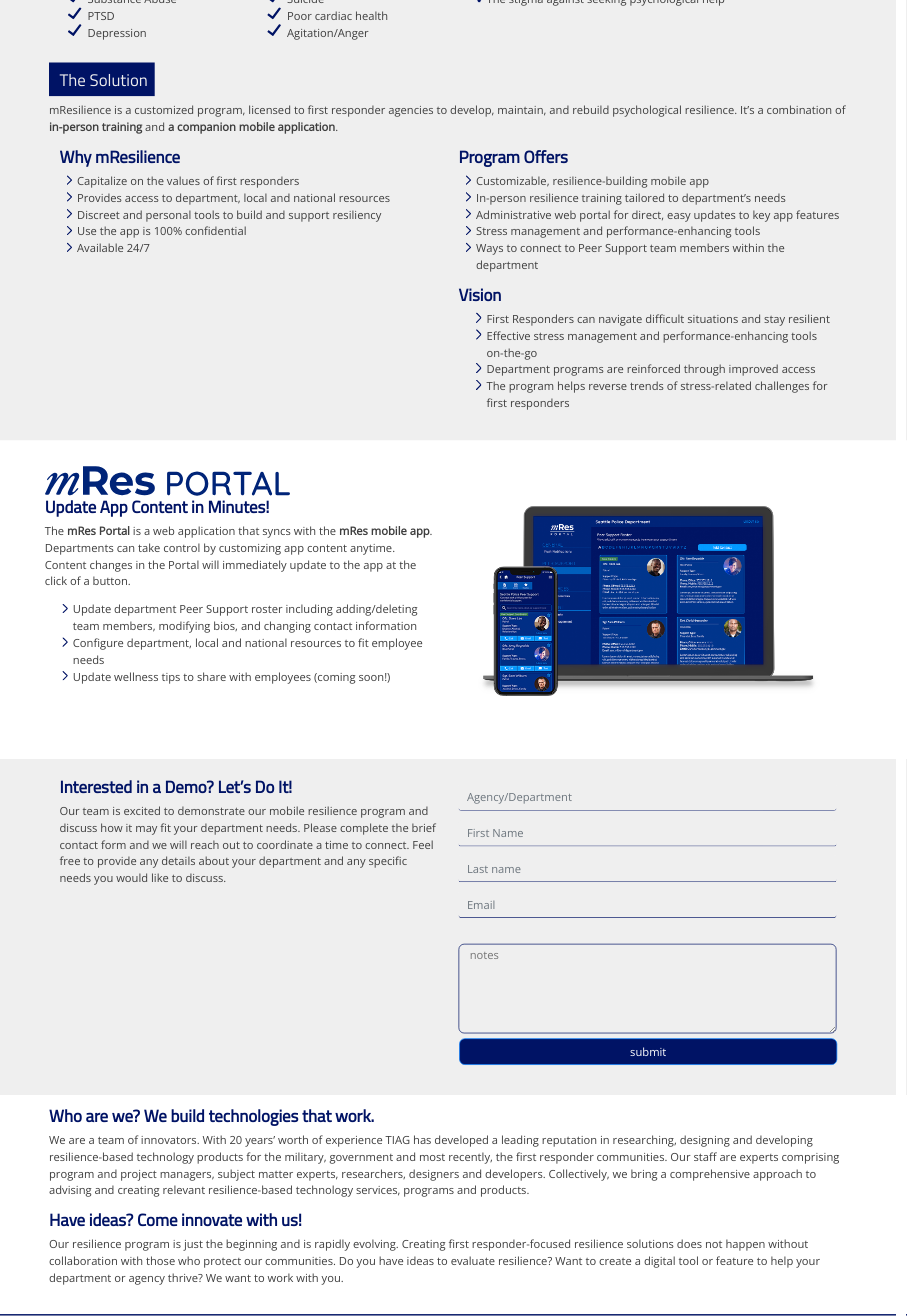
Repository: shenjune/mResilienceWebsite
Page: index.html
An editor plug-in stored every save of this project. The page is shown before and after the next save, followed by the edit.
The browser window is 1280 px wide. The page is 1295 px wide, so the pictures cover 1295 px, including what lies to the right of the window. The pictures show the part of the page from y = 1176 to 3056 px (the page is 3189 px tall before and 3213 px after), at 70% of full size.
Some web libraries are served in a nearby version.

Above is the page before, as saved 2019-11-09 13:03:52.

After the next save:
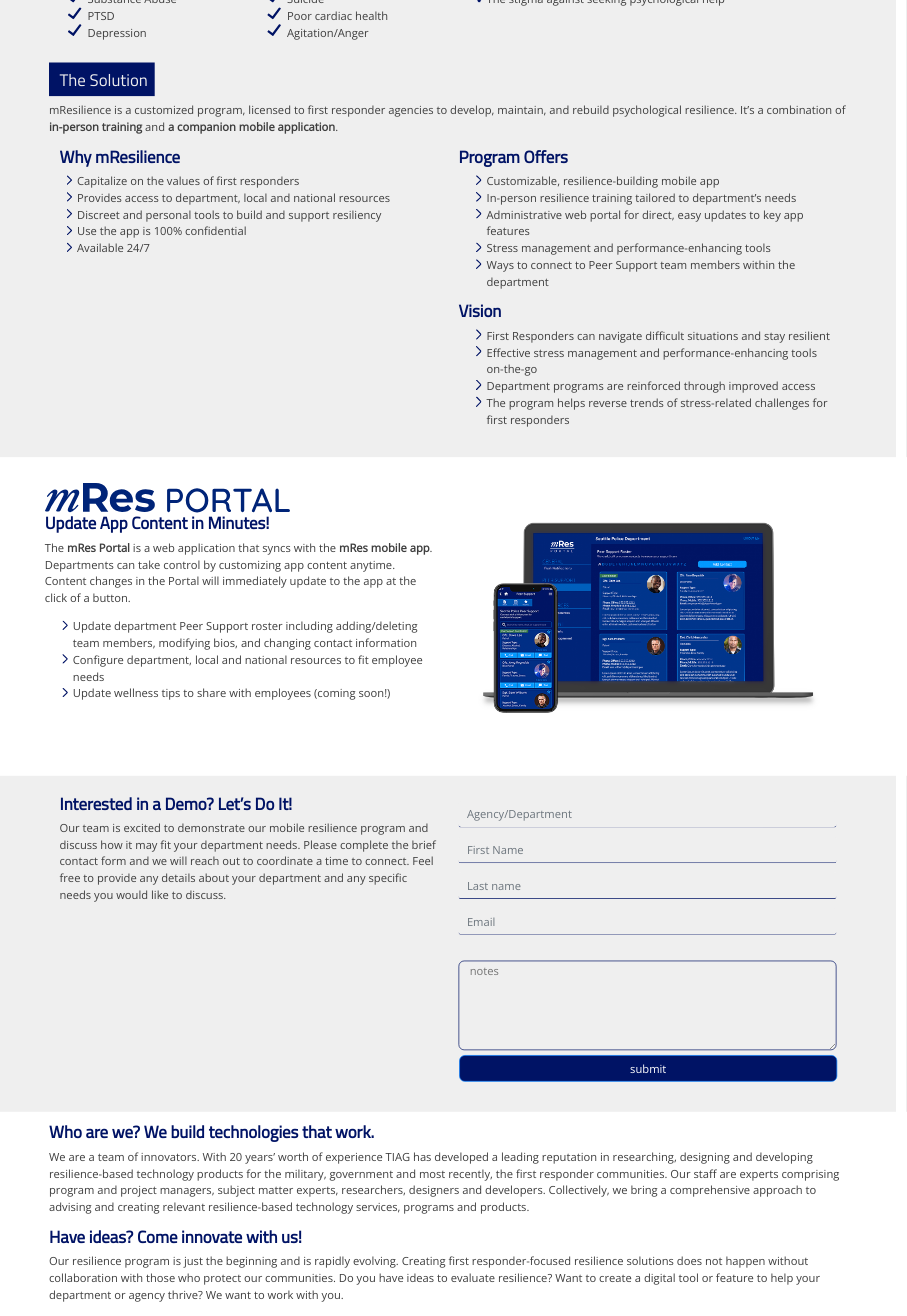
Saved 34 s later.
--- a/index.html
+++ b/index.html
@@ -186,15 +186,13 @@
 				<!-- <div id="programOffers"> -->
 					<div class="col-lg-6 ml-auto col-sm-12" id="programSubHeader">
 						<h4 class="secondFont">Program Offers</h4>
-						<div class="row" id="offerBullets">
-							<ul class="arrow">
-								<li>Customizable, resilience-building mobile app</li>
-								<li>In-person resilience training tailored to department’s needs</li>
-								<li>Administrative web portal for direct, easy updates to key app features</li>
-								<li>Stress management and performance-enhancing tools</li>
-								<li>Ways to connect to Peer Support team members within the department</li>
-							</ul>
-						</div>
+						<ul class="arrow">
+							<li>Customizable, resilience-building mobile app</li>
+							<li>In-person resilience training tailored to department’s needs</li>
+							<li>Administrative web portal for direct, easy updates to key app features</li>
+							<li>Stress management and performance-enhancing tools</li>
+							<li>Ways to connect to Peer Support team members within the department</li>
+						</ul>
 					</div>
 				</div>
 
